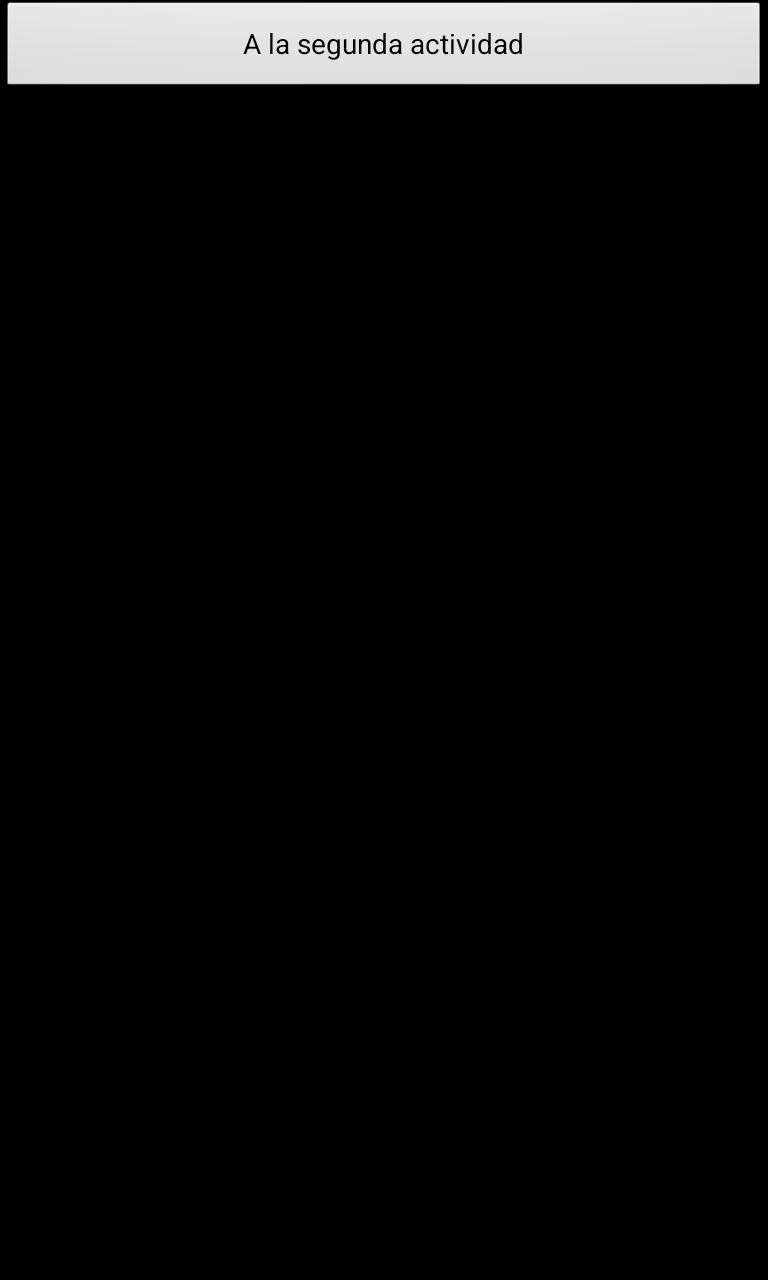
Repository: cogitovsmachina/Curso-Android-en-ITAM
Layout: SimpleIntent/res/layout/first.xml
The author's editor kept a copy of each file at every save. The layout is drawn from the files as they stood at one save, then again after the next save.
It is drawn on a 768 x 1280 px phone screen (xhdpi) without system bars, with theme android:Theme; the app's code is not run.

Above is the layout before, as saved 2011-07-05 16:51:26.

After the next save:
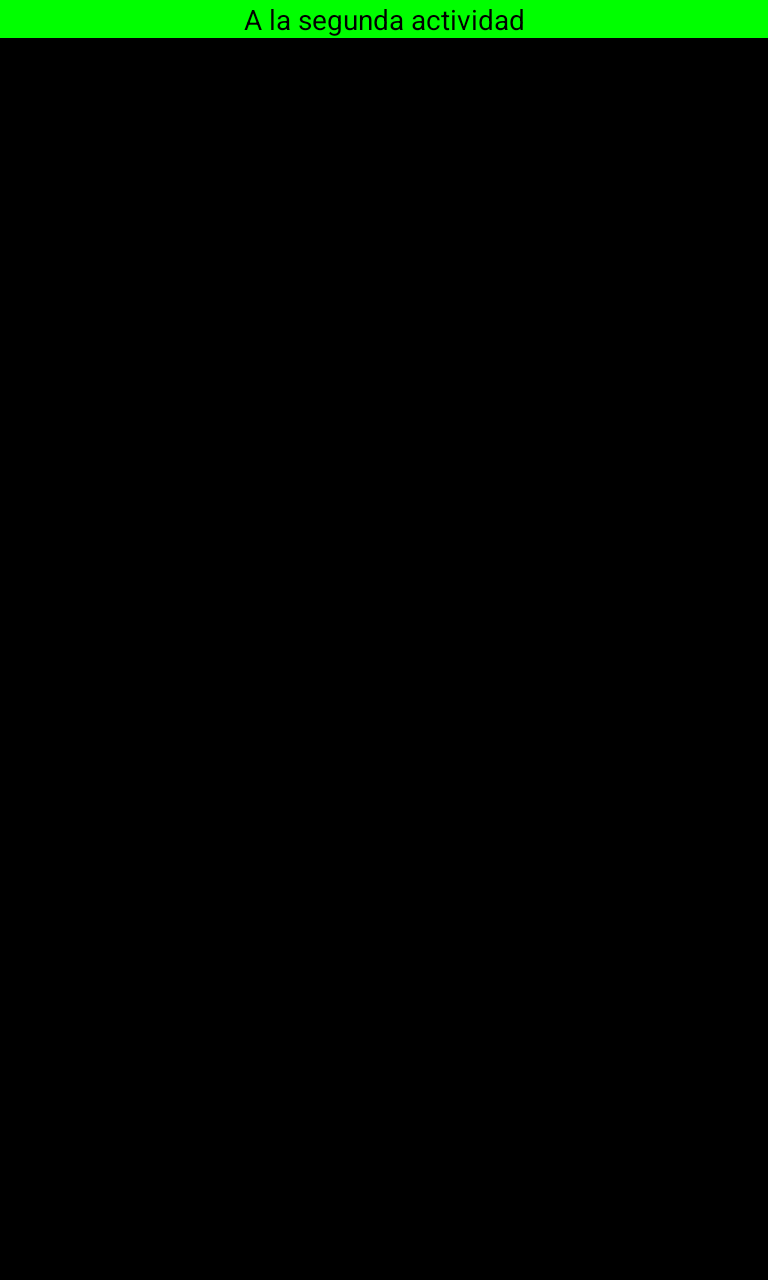
Saved 52 s later.
--- a/SimpleIntent/res/layout/first.xml
+++ b/SimpleIntent/res/layout/first.xml
@@ -9,5 +9,6 @@
     android:layout_height="wrap_content"
     android:text="A la segunda actividad"
     android:onClick="go"
+    android:background="@color/green"
     />
 </LinearLayout>
